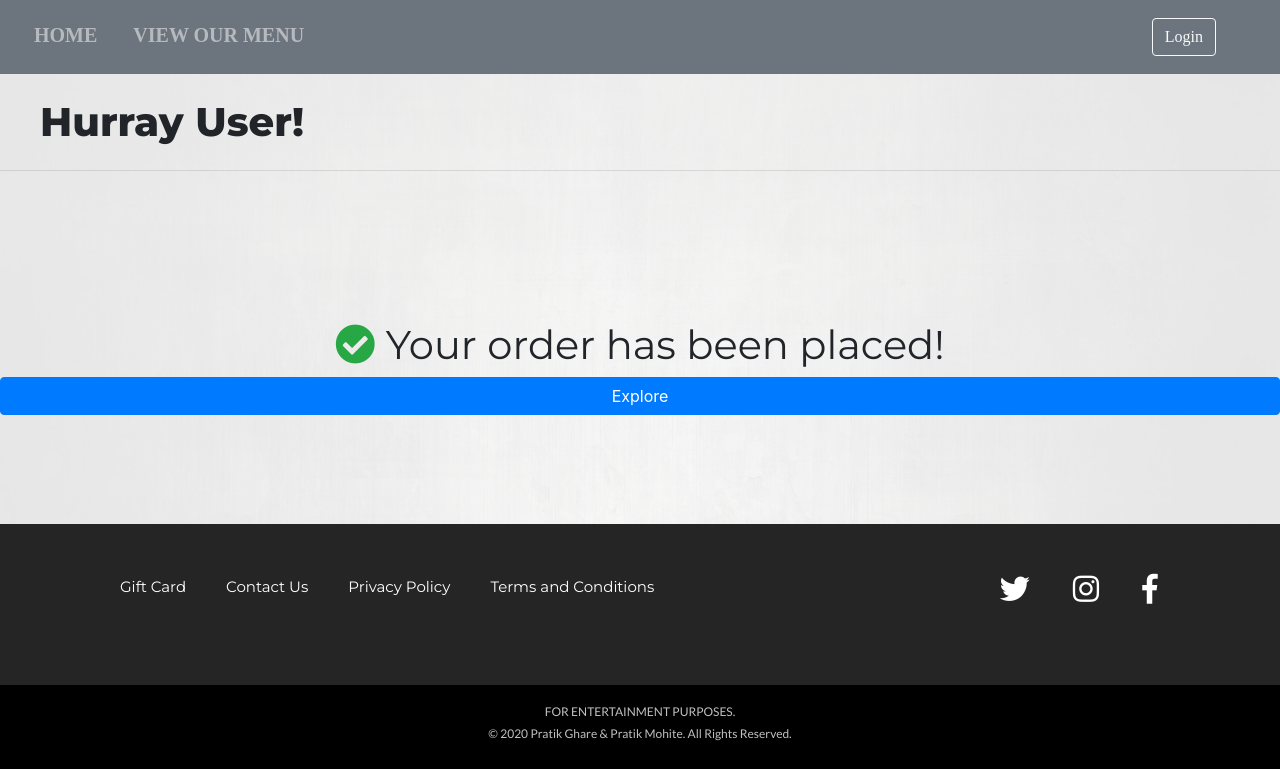
Repository: pratikghare/CafeImbiss
Page: http://localhost/Cafeteria/invoice.jsp
These files come from the project's save history. The page is drawn as it stood at one moment and after the next save; the edit follows.
The browser window is 1280 px wide. The pictures show the whole page.
Backgrounds fixed to the window are drawn as part of the page. Some web fonts or font styles are not loaded; a fallback is used. Some web libraries are served in a nearby version. The page is served by Tomcat 9. Other server files are loaded and not shown. The template is opened directly, without the code that normally fills it, so the values that code supplies are empty.

Above is the page before, as saved 2020-11-04 23:06:02.

### Cafeteria/WebContent/invoice.jsp
<!DOCTYPE html>
<%@page import="com.cafe.dto.Cart"%>
<%@page import="java.util.List"%>
<html lang="en">
<%@page import="com.cafe.dto.User" %>
<%@taglib uri="http://www.springframework.org/tags/form" prefix="spr" %>
<head>
    <meta charset="UTF-8">
    <meta name="viewport" content="width=device-width, initial-scale=1.0">
    <title>Cart | Imbiss Cafe</title>
    <link rel="icon" href="./images/logo/title-logo.png">
    <link href="https://fonts.googleapis.com/css2?family=Chelsea+Market&family=Montserrat:wght@400;800;900&family=Bubblegum+Sans&family=Mali&family=Flamenco&family=Aclonica&family=Carter+One&family=Luckiest+Guy&family=Lato&family=Montserrat+Subrayada&family=Sarabun&family=Viga&family=Wellfleet&display=swap"
        rel="stylesheet">
    <link rel="stylesheet" href="./references/training.css">
    <link rel="stylesheet" href="./references/footer.css">
    <link rel="stylesheet" href="./references/navigationBar.css">
    <link rel="stylesheet" href="./references/animation.css">
    <link rel="stylesheet" href="https://stackpath.bootstrapcdn.com/bootstrap/4.5.0/css/bootstrap.min.css">
    <script src="https://code.jquery.com/jquery-3.5.1.slim.min.js"></script>
    <script src="https://cdn.jsdelivr.net/npm/popper.js@1.16.0/dist/umd/popper.min.js"></script>
    <script src="https://stackpath.bootstrapcdn.com/bootstrap/4.5.0/js/bootstrap.min.js"></script>
    <link rel="stylesheet" href="https://use.fontawesome.com/releases/v5.6.3/css/all.css">
    <style>
		table {
		  font-family: 'Montserrat';
		  border-collapse: collapse;
		  width: 96%;
		  margin: 0 2%;
		}

		td, th {
		  border: 1px solid #dddddd;
		  text-align: left;
		  padding: 8px;
		}

		tr:nth-child(even) {
		  background-color: #dddddd;
		}
		th{
			color: rgb(10, 140, 82);
			font-weight: 600 !important;
			font-size: 19px !important;
		}
		.empty-cart{
			display:grid;
			grid-template-columns: 3fr 8fr 3fr;
			justify-content:center;
			margin-top:5em;
		}
		.empty-cart a{
			max-width: 10em;
			margin-top:2em;
		}
		.empty-cart >* {
			grid-column:2;
		}
		input[type="number"]{
			border:none;
			outline:none;
			border-radius: 5px;
			background: rgba(255,255,255,0.1) !important;
			width: 6em;
			padding: 5px 2em;
		}
		.edit-btn{
			outline: none;
			background: transparent;
			border:none;
			cursor:pointer;
		}
	</style>
</head>

<body>

	<% String name="User";
	if( session.getAttribute("user") != null)
	 name = ((User)session.getAttribute("user")).getUserName().split(" ")[0]; %>

    <!--NavigationBar-->
    <nav class="navbar navbar-expand-lg navbar-dark bg-secondary sticky-top">

        <button class="navbar-toggler" type="button" data-toggle="collapse" data-target="#navbarNav" aria-controls="navbarNav" aria-expanded="false" aria-label="Toggle navigation">
          <span class="navbar-toggler-icon"></span>
        </button>
        <div class="collapse navbar-collapse" id="navbarNav">
            <ul class="navbar-nav">
                <li class="nav-item mb-2 mt-1">
                    <a class="nav-link" href="index.jsp">HOME</a>
                </li>
                <li class="nav-item mb-2 mt-1" >
                    <a class="nav-link" href="menu.jsp">VIEW OUR MENU</a>
                </li>
            </ul>
 		<% if(session.getAttribute("user") != null){ %>
			<div class="dropdown ml-auto mr-5">
			  <button style="font-family: 'Chelsea Market'"  class="btn btn-outline-light dropdown-toggle" type="button" id="dropdownMenuButton" data-toggle="dropdown" aria-haspopup="true" aria-expanded="false">
			    <%= session.getAttribute("user") != null ? ((User)session.getAttribute("user")).getUserName():"Hello" %>
			  </button>
			  <div class="dropdown-menu" aria-labelledby="dropdownMenuButton">
			    <a style="font-family: 'Montserrat'; font-size:15px" class="dropdown-item" href="account.htm">Manage Account</a>
			    <a style="font-family: 'Montserrat'; font-size:15px" class="dropdown-item" href="getCart.htm">Cart</a>
			    <div class="dropdown-divider"></div>
          		<a style="font-family: 'Montserrat'; font-size:15px" class="dropdown-item" href="logout.htm">Logout</a>
			  </div>
			</div>
			<% }else{%>
			<div class="ml-auto mr-5">
		<!-- 	<a href="loginForm.htm" class="btn btn-outline-secondary">Login</a> -->
				<a class="btn btn-outline-light" style="font-family: 'Chelsea Market'" href="loginForm.htm" role="button">Login</a>
			</div>
			<%} %>
        </div>
    </nav>
    <!--EndofNavigationBar-->

   	<section style="min-height: 450px; display:flex; flex-direction:column;" >
   	<br>
   	<h1 style="margin-left:1em; font-family:'Montserrat'; font-weight:800">Hurray <%= name %>!</h1>
   	 <hr><br>
   	 <%-- <%
			  	List<Cart> list = (List<Cart>) request.getAttribute("itemsList");
			  	int i = 0;
			  	float total=0f;
			  	if(list.size() > 0){
			  %>

	   		<table>
			  <tr>
			    <th>No.</th>
			    <th>Product</th>
			    <th>Quatity</th>
			    <th>Price</th>
			    <th> </th>

			  </tr>
			  <!-- <tr>
			    <td>Island Trading</td>
			    <td>Helen Bennett</td>
			    <td>UK</td>
			    <td>28.25</td>
			    <td><a href="delItem.htm"><i class="fas fa-edit text-primary"></i></a></td>
			    <td><a href="updateItem.htm"><i class="fas fa-trash-alt text-danger"></i></a></td>
			  </tr> -->

			  <%
			  	for(Cart c : list){
			  		total += c.getCartPrice();
			  %>

			   <tr>
			    <td><%= ++i %></td>
			    <td><%= c.getItemName() %></td>

			    <td>
			    <form method="post" action="updateQuantity.htm">
			    <input type="number" name="quantity" value="<%= c.getQuantity() %>" />
			     <input type="hidden" name="orderId" value="<%=c.getOrderId() %>" />
			     <input type="hidden" name="itemId" value="<%=c.getItemId() %>" />
			     <button class="edit-btn"><i class="fas fa-edit text-info "></i></button>
			     </form>
			    </td>
			    <td><%= c.getCartPrice() %></td>



			    <td><a href="delItem.htm?orderId=<%=c.getOrderId() %>"><i class="fas fa-trash-alt text-danger"></i></a></td>
			  </tr>
			  <% } %>
			  <tr>
			  	<td></td>
			  	<td></td>
			  	<td class="text-primary" style="font-weight:600; text-align:center">Total Price => </td>
			  	<td><%= total %></td>
			  	<td></td>
			  </tr>
			</table>


			<div style="align-self:flex-end; margin-top:2em; margin-bottom:1em; margin-right: 1em">
				<button class="btn btn-success"  style="font-family:'Montserrat'; color:#fff;">Proceed</button>
			</div>
			<% }
			  	else{ %>
				<div class="empty-cart">
					<div style="flex:1; display:flex; flex-direction:column; justify-content:center; align-items:center;">
						<h1 style="font-family: 'Montserrat'; "><i class="fas fa-exclamation-triangle text-danger"></i> Your Cart is Empty!</h1>
					<a href="userMenu.htm" class="btn btn-primary btn-block">Explore</a>
					</div>
				</div>
			<%} %> --%>
			<div style="flex:1; display:flex; flex-direction:column; justify-content:center; align-items:center;">
						<h1 style="font-family: 'Montserrat'; "><i class="fas fa-check-circle text-success"></i> Your order has been placed!</h1>
					<a href="userMenu.htm" class="btn btn-primary btn-block">Explore</a>
					</div>

   	</section>


    <!--Footer-->
    <footer>
        <div class="footer">
            <div class="footer-left">
                <ul>
                    <li>
                        <a href="#">Gift Card</a>
                    </li>
                    <li>
                        <a href="=#">Contact Us</a>
                    </li>
                    <li>
                        <a href="https://www.amc.com/privacy" target="_blank">Privacy Policy</a>
                    </li>
                    <li>
                        <a href="https://www.amc.com/terms" target="_blank">Terms and Conditions</a>
                    </li>
                </ul>

            </div>

            <div class="footer-right">
                <a href="https://twitter.com/pratikghare888" target=_blank><i class="fab fa-twitter"></i></a>
                <a href="https://www.instagram.com/pratikghare_/" target=_blank><i class="fab fa-instagram"></i></a>
                <a href="https://www.facebook.com/pratikghare88" target=_blank><i class="fab fa-facebook-f"></i></a>
            </div>
        </div>
        <div class="footer-copyright">
            <h6>FOR ENTERTAINMENT PURPOSES.</h6>
            <h6>&copy; 2020 Pratik Ghare & Pratik Mohite. All Rights Reserved.</h6>
        </div>
    </footer>
    <!--EndOfFooter-->
</body>

</html>

### Cafeteria/WebContent/references/training.css
#main-logo {
    height: 300px;
}

body {

    background: linear-gradient(rgba(255, 255, 255, 0.9), rgba(255, 255, 255, 0.9)), url('../images/background/bkg-dark-gray.jpg') center/cover no-repeat fixed;
    font-family: 'Montserrat';
    margin-right: 0;
}

.header {
    background: linear-gradient(rgba(0, 0, 0, 0.6), rgba(0, 0, 0, 0.4)), url('../images/background/bkg-family-1.png') center/cover no-repeat fixed;
    margin-top: auto;
    height: 550px;
}

.header h1 {
    color: #fff;
    font-family: 'Lato';
    font-weight: bold;
    font-size: 60px;
    word-spacing: 10px;
}


/* ----- Hero ----- */

.hero {
    display: flex;
    flex-direction: column;
    justify-content: center;
    align-items: center;
    background-attachment: fixed;
    width: 100%;
    height: 100%;
}


/* ----- INTRO SECTION ----- */



@media screen and (min-width: 1049px){
    .intro-section {
        background-color: rgb(108, 117, 125);
        border-top: 1px dotted #c0c0c0;
        font-family: 'Montserrat';
        color: #fff;
        padding: 4% 10%;
    }
}

@media screen and (max-width: 1049px){
    .intro-section {
        background-color: rgb(108, 117, 125);
        border-top: 1px dotted #c0c0c0;
        font-family: 'Montserrat';
        color: #fff;
        padding: 4% 10%;
        padding-top: 10%;
    }
}


@media screen and (max-width: 906px){
    .intro-section{
        margin-top: 50px;
        padding-bottom: 40px;
    }
}

.intro-section h1 {
    font-size: 40px;
    font-weight: bold;
}

.intro-section p {
    width: 100%;
    font-size: 16px;
}


/* ----- END OF INTRO SECTION ----- */


/* ----- CULTURE ----- */

.main-culture {
    margin: 10px 0;
}


@media screen and (min-width: 900px)
{
    .culture-grid-container {
        margin: 20px 0;
        display: flex;
        font-family: 'Montserrat';
        font-size: 18px;
        justify-content: center;
        align-items: center;
        border-radius: 20px;
        box-shadow: 0 5px 20px rgba(0, 0, 0, 0.2), 0 2px 10px rgba(0, 0, 0, 0.2);
    }

    .culture-grid-container img {
        max-height: 400px;
    }


}

@media screen and (max-width: 900px)
{
    .culture-grid-container {
        margin: 20px 0;
        display: flex;
        flex-wrap: wrap;
        font-family: 'Montserrat';
        font-size: 18px;
        justify-content: center;
        align-items: center;
        border-radius: 20px;
        box-shadow: 0 5px 20px rgba(0, 0, 0, 0.2), 0 2px 10px rgba(0, 0, 0, 0.2);
    }
    .culture-grid-container img {
        width: 100%;
        height: 100%;
    }


}


@media screen and (max-width: 400px)
{
    .culture-grid-container img {
        width: 100%;
        height: 100%;
    }
}

.culture-1 {
    background-color: rgba(181, 180, 122, 0.6);
    width: 80%;
}

.culture-2 {
    margin-left: 15%;
    background-color: rgba(122, 147, 181, 0.6);
}

.culture-grid-container p {
    padding: 20px 15%;

}



/* ----- End of CULTURE ----- */


/* ----- Training ----- */


/* ----- People ----- */

.grid-people-container {
    padding: 5% 5% 0 5%;
    display: grid;
    grid-template-columns: repeat(auto-fit, minmax(300px, 1fr));
    justify-content: space-evenly;
    align-items: center;
}

.grid-people-container img {
    height: 200px;
    border-radius: 50%;
    margin-bottom: 50px;
}

.main-people {
    background: linear-gradient(rgba(184, 172, 13, 0), rgba(184, 172, 13, 0.6));
    color: black;
    font-family: 'Montserrat';
    text-align: center;
}

.main-people h1 {
    font-size: 16px;
    padding: 2% 15%;
    margin: 0;
    font-weight: 100;
}


/* ----- Videos ----- */

.video-section {
    background: #969393;
    background: linear-gradient(rgba(106, 161, 138, 0), rgba(106, 161, 138, 0.1));
}
@media screen and (min-width: 1150px){

    .grid-video-container {
        padding: 3% 0;
        display: grid;
        grid-template-columns: repeat(auto-fit, minmax(200px, 1fr));
        justify-content: center;
        align-items: center;
        padding-bottom: 0;
        text-align: center;
    }
}

@media screen and (max-width: 1150px){

    .grid-video-container {
        padding: 3% 0;
        display: grid;
        justify-content: center;
        align-items: center;
        padding-bottom: 0;
        text-align: center;
    }
}

.grid-video-container h1 {
    font-size: 16px;
    font-family: 'Sarabun';
    font-weight: bold;
}

iframe {
    border-radius: 5px;
    box-shadow: 0 5px 10px rgba(0, 0, 0, 0.3), 0 5px 10px rgba(0, 0, 0, 0.3);
}



@media screen and (max-width: 600px)
{
    iframe{
        width: 300px;
        height: auto;
    }

    .button {
        padding: 10px 0;
        margin: 0 15%;
        font-size: 20px;
        text-align: center;
        font-family: 'Segoe UI';
        background-color: rgb(7, 153, 204);
        text-transform: uppercase;
        border: none;
        outline: none;
        border-radius: 5px;
    }
}

@media screen and (min-width: 600px){
    .button {
        padding: 10px 0;
        margin: 0 35%;
        font-size: 20px;
        text-align: center;
        font-family: 'Segoe UI';
        background-color: rgb(7, 153, 204);
        text-transform: uppercase;
        border: none;
        outline: none;
        border-radius: 5px;
    }
}

.button a {
    color: #fff;
    text-decoration: none;
}

.button a:hover,
.button:hover {
    text-decoration: none;
    color: #fff;
    background-color: rgb(24, 107, 140);
}

.button:active{
    transform: scale(0.97);
    transition: all 150ms ease-in-out;
}

/* ----- End of Training ----- */

### Cafeteria/WebContent/references/footer.css
* {
    margin: 0;
    padding: 0;
}

/* ----- Footer ----- */

.footer {
    background-color: rgb(37, 37, 37);
    display: grid;
    grid-template-columns: 60% 40% minmax(400px, 1fr);
    padding-top: 30px;
    padding-bottom: 50px;
    font-family: 'Lato';
}

.footer-left ul {
    display: flex;
    margin-left: 100px;
    flex-wrap: wrap;
    list-style-type: none;
}

.footer-left ul>li {
    margin: 20px 20px;
}

.footer-left span {
    margin-left: 120px;
    font-size: 12px;
}

.footer-left span a {
    font-size: 12px;
    text-transform: uppercase;
}

.footer a {
    text-decoration: none;
    font-family: 'Montserrat';
    font-size: 15px;
    color: #fff;
}

.footer a:hover {
    color: #C0C0C0;
    text-decoration: none;
}

.footer-right {
    text-align: right;
    margin-right: 20%;
}

.footer-right i {
    color: #fff;
    margin: 20px 20px;
    font-size: 30px;
}

.footer-right i:hover {
    color: #C0C0C0;
}

.footer-copyright {
    background-color: #000;
    color: #fff;
    font-size: 12px;
    padding: 20px 20px;
    color: #c0c0c0;
}

.footer-copyright h6 {
    text-align: center;
    font-size: 12px;
    font-family: 'Lato';
}

.footer-copyright p {

    font-family: 'Montserrat';
    text-align: right;
}

.footer-copyright a {
    text-decoration: none;
    color: #c0c0c0;
}

.footer-copyright a:hover {
    color: #fff;
}

.footer .active {
    color: #C0C0C0;
}

.footer span img {
    height: 12px;
}


/* ----- EndOfFooter ----- */

### Cafeteria/WebContent/references/navigationBar.css
/* ----- NavigationBar ----- */

.navbar{
    margin: 0;
    padding: 0;
}


.nav-item .active {
    border-bottom: 4px solid #fff;
}

.nav-item {
    margin: 0 10px;
}

.navbar-nav {
    font-weight: bold;
    font-family: 'Chelsea Market';
    font-size: 20px;
}

.navbar-nav ul {
    text-align: center;
}

.navbar-nav li {
    display: inline-block;

}


.navbar-nav a:hover {
    border-bottom: 4px solid #fff;
    color: #fff;
    transition: all 150ms ease-in-out;
}


/* ----- EndOfNavigationBar ----- */

### Cafeteria/WebContent/references/animation.css
body {
    opacity: 0;
    animation: fadeIn ease-in 1;
    animation-fill-mode: forwards;
    animation-duration: 0.2s;

}

@keyframes fadeIn {
    from {
        opacity: 0;
    }
    to {
        opacity: 1;
    }
}

After the next save:
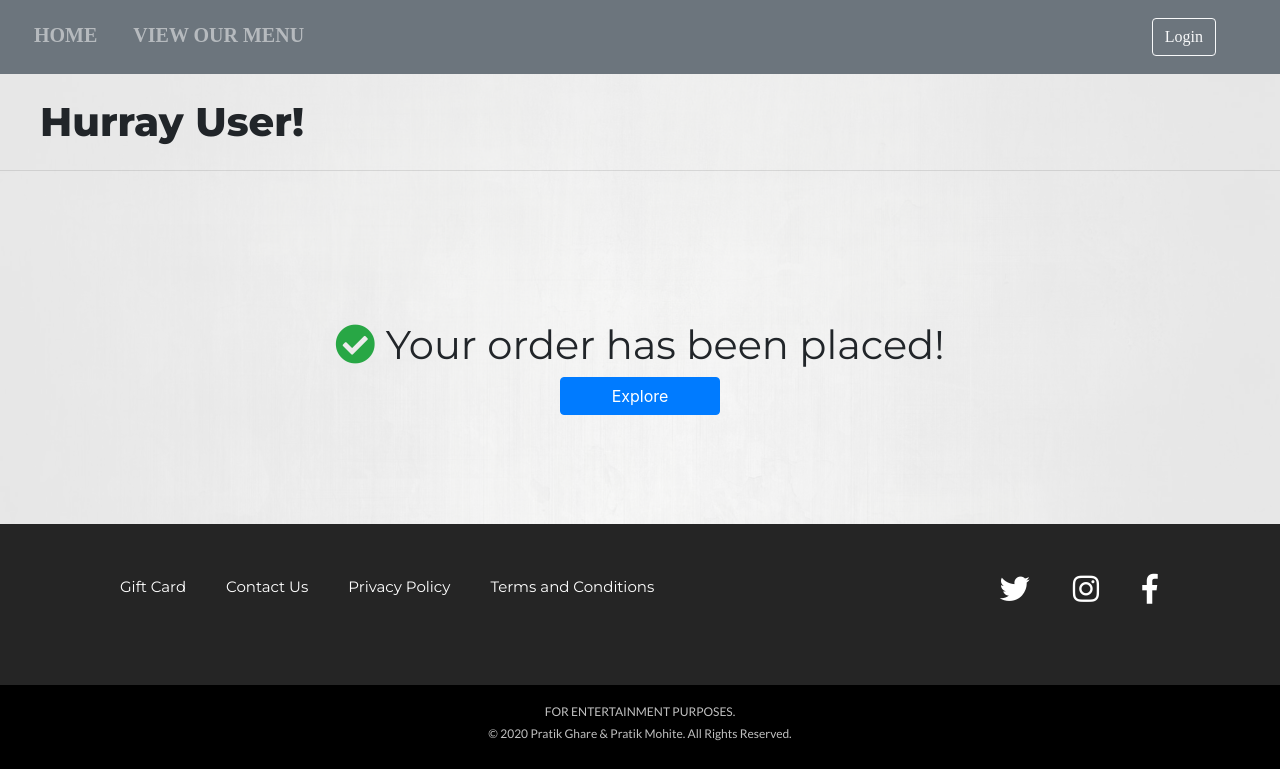
Saved 65 s later.
--- a/Cafeteria/WebContent/invoice.jsp
+++ b/Cafeteria/WebContent/invoice.jsp
@@ -192,7 +192,7 @@
 			<%} %> --%>
 			<div style="flex:1; display:flex; flex-direction:column; justify-content:center; align-items:center;">
 						<h1 style="font-family: 'Montserrat'; "><i class="fas fa-check-circle text-success"></i> Your order has been placed!</h1>
-					<a href="userMenu.htm" class="btn btn-primary btn-block">Explore</a>
+					<a href="userMenu.htm" class="btn btn-primary btn-block" style="width:10em;">Explore</a>
 					</div>
 
    	</section>
